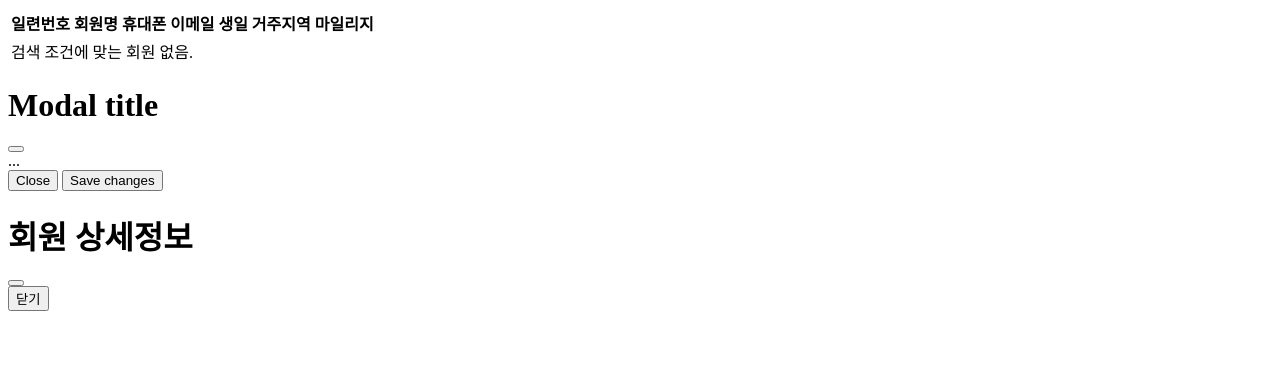
Repository: hoseolkim/restart
Page: http://localhost/WebStudy03_Mybatis/WEB-INF/views/member/memberList.jsp
The author's editor kept a copy of each file at every save. The page is drawn from the files as they stood at one save, then again after the next save.
The browser window is 1280 px wide. The pictures show the whole page.
The page is served by Tomcat 9. Nobody is signed in. The template is opened directly, without the code that normally fills it, so the values that code supplies are empty.

Above is the page before, as saved 2023-10-04 02:29:14.
Console error: ReferenceError: $ is not defined

After the next save:
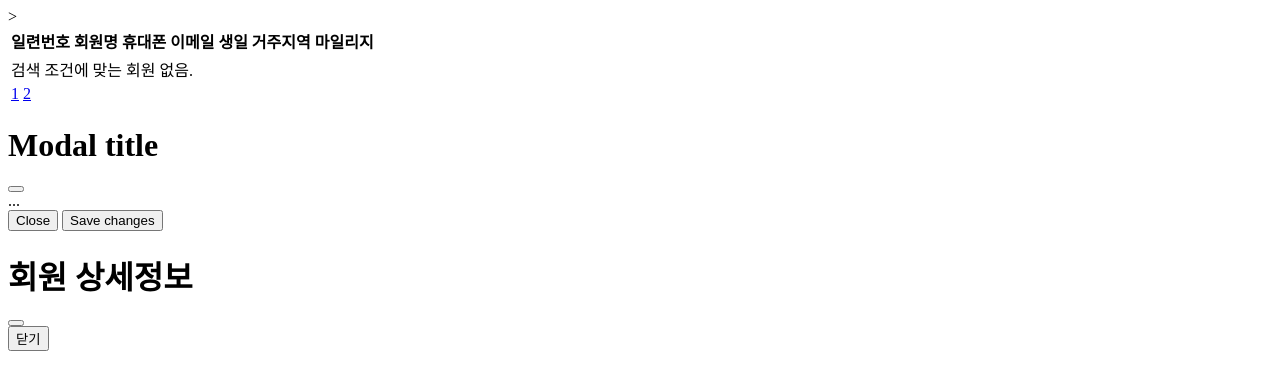
Saved 2 min 39 s later.
--- a/WebStudy03_Mybatis/src/main/webapp/WEB-INF/views/member/memberList.jsp
+++ b/WebStudy03_Mybatis/src/main/webapp/WEB-INF/views/member/memberList.jsp
@@ -34,6 +34,14 @@
 			</c:forEach>
 		</c:if>
 	</tbody>
+	<tfoot>
+		<tr>
+			<td colspan="7">
+				<a href=":;">1</a>
+				<a href="?page=2">2</a>
+			</td>
+		</tr>
+	</tfoot>>
 </table>
 <!-- Modal -->
 <div class="modal fade" id="exampleModal" tabindex="-1" aria-labelledby="exampleModalLabel" aria-hidden="true">
